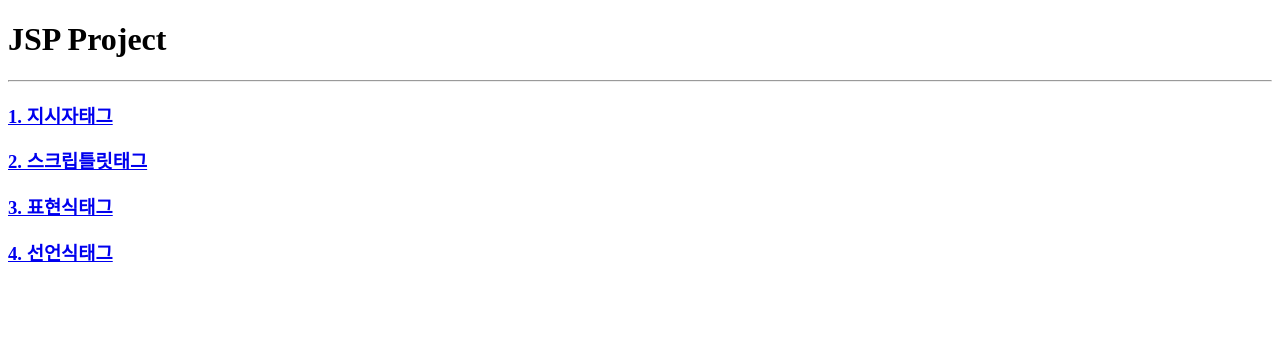
Repository: JWbase/Web_JAVA
Page: web-workspace/04_jspProject/src/main/webapp/index.html
These files come from the project's save history. The page is drawn as it stood at one moment and after the next save; the edit follows.
The browser window is 1280 px wide. The pictures show the whole page.

Above is the page before, as saved 2022-08-30 07:00:34.

### web-workspace/04_jspProject/src/main/webapp/index.html
<!DOCTYPE html>
<html>
<head>
<meta charset="UTF-8">
<title>Insert title here</title>
</head>
<body>
	<h1>JSP Project</h1>
	<hr>
	<h3>
		<a href="/jsp/directiveTag.jsp">1. 지시자태그</a>
	</h3>
	<h3>
		<a href="/jsp/scriptletTag.jsp">2. 스크립틀릿태그</a>
	</h3>
	<h3>
		<a href="/jsp/expressionTag.jsp">3. 표현식태그</a>
	</h3>
	<h3>
		<a href="/jsp/declrationTag.jsp">4. 선언식태그</a>
	</h3>
	<form action="/jsp/sendData.jsp method="get"></form>
</body>
</html>

After the next save:
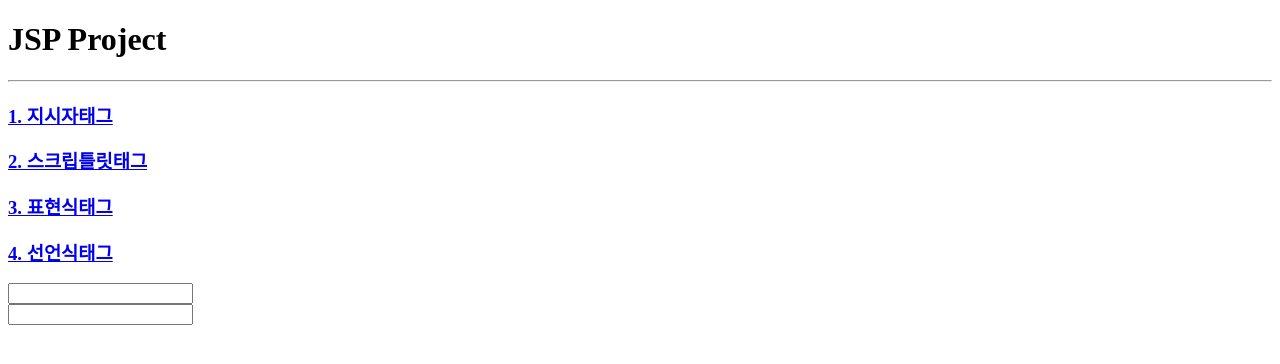
Saved 16 s later.
--- a/web-workspace/04_jspProject/src/main/webapp/index.html
+++ b/web-workspace/04_jspProject/src/main/webapp/index.html
@@ -19,6 +19,9 @@
 	<h3>
 		<a href="/jsp/declrationTag.jsp">4. 선언식태그</a>
 	</h3>
-	<form action="/jsp/sendData.jsp method="get"></form>
+	<form action="/jsp/sendData.jsp method="get">
+		<input type="text" name="data1"><br>
+		<input type="text" name="data2"><br>
+	</form>
 </body>
 </html>
